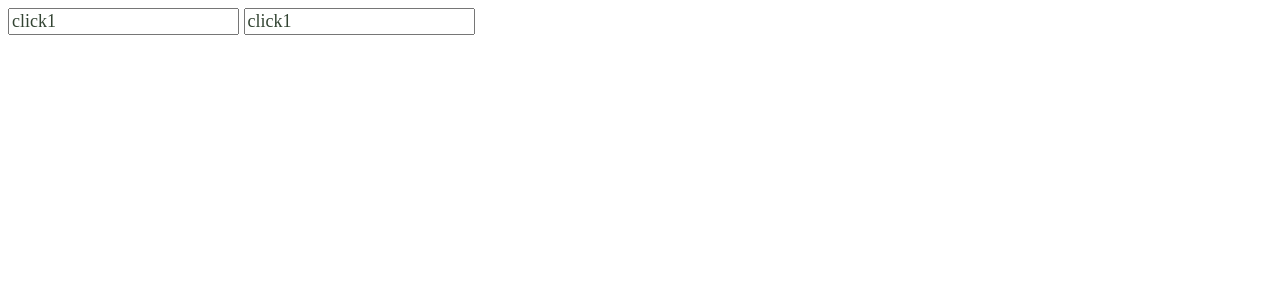
Repository: youngsik0405/Web-study
Page: JsonApp/WebContent/JsonTest01.html
An editor plug-in stored every save of this project. The page is shown before and after the next save, followed by the edit.
The browser window is 1280 px wide. The pictures show the whole page.

Above is the page before, as saved 2025-02-05 01:31:20.

### JsonApp/WebContent/JsonTest01.html
<!DOCTYPE html>
<html>
<head>
<meta charset="UTF-8">
<title>JsonTest01.html</title>
<link rel="stylesheet" type="text/css" href="css/main.css">
<script type="text/javascript">

	var myJsonObject =
	{
		"test" : "hello"
	}

	/*var myJsonObject = {"test" : "hello"}*/

</script>

</head>
<body>

<form>
	<input type="text" value="click1" onclick="alert(myJsonObject)">
	<!-- [object Object] -->

	<input type="text" value="click1" onclick="alert(typeof myJsonObject)">
</form>
</body>
</html>

### JsonApp/WebContent/css/main.css
@charset "UTF-8";

/* main.css */

*
{
	font-family: 맑은 고딕;
	color: #334433;
}

body, p, div, span, input, table, th, td, select
{
	font-size: 18px;
}

.control
{
	border: 1px solid gray;
	border-radius: 3px;
}

.table
{
	border-collapse: collapse;
	width: 100%;
}

.table th, .table td
{
	border: 1px solid gray;
	border-left: 0px;
	border-right: 0px;
	padding: 3px;
	line-height: 150%;
}

.table th
{
	font-weight: bold;
	background-color: #eeeeee;
}

.btn
{
	font-weight: bold;
}

.btn:hover
{
	color: white;
	background-color: #778877;
}

After the next save:
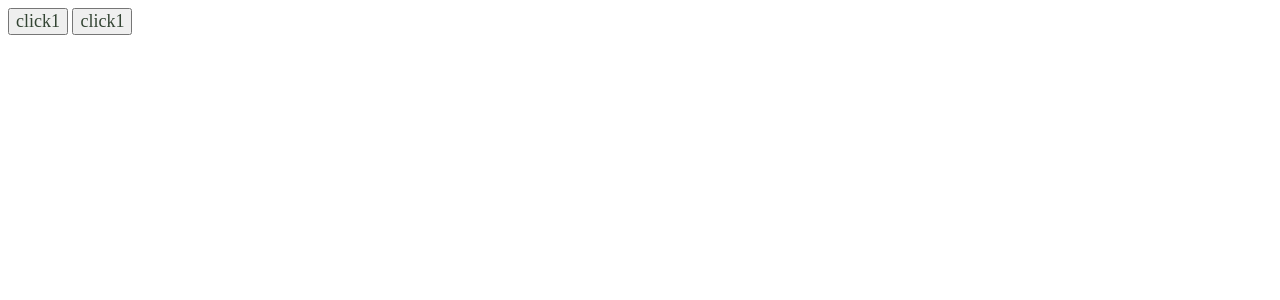
Saved 31 s later.
--- a/JsonApp/WebContent/JsonTest01.html
+++ b/JsonApp/WebContent/JsonTest01.html
@@ -19,10 +19,12 @@
 <body>
 
 <form>
-	<input type="text" value="click1" onclick="alert(myJsonObject)">
+	<input type="button" value="click1" onclick="alert(myJsonObject)">
 	<!-- [object Object] -->
 
-	<input type="text" value="click1" onclick="alert(typeof myJsonObject)">
+	<input type="button" value="click1" onclick="alert(typeof myJsonObject)">
+	<!-- object -->
+
 </form>
 </body>
 </html>
